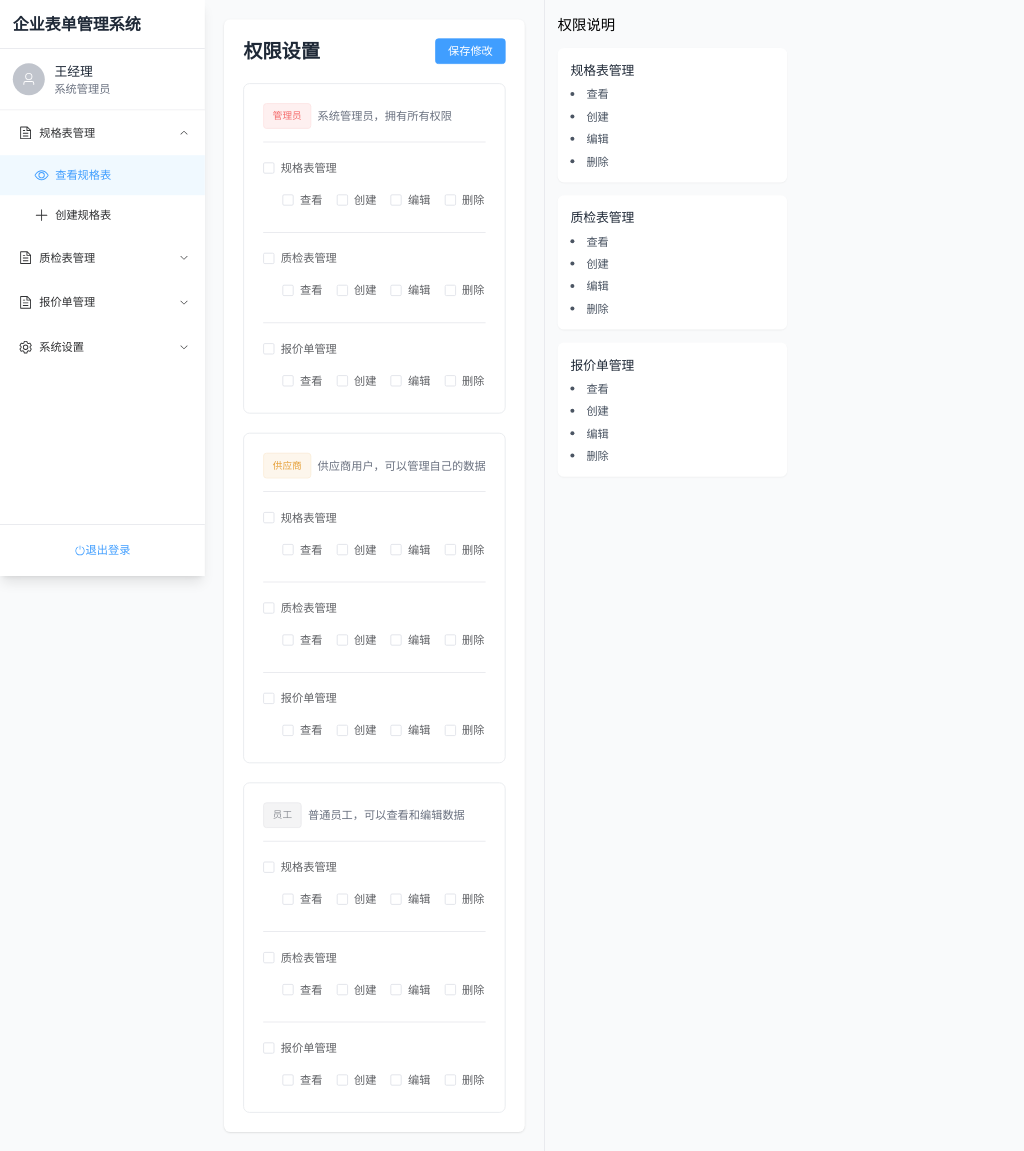
Repository: restyhap/yarn-vite-web-01-02
Page: /settings/permissions
An editor plug-in stored every save of this project. The page is shown before and after the next save, followed by the edit.
The browser window is 1280 px wide. The pictures show the whole page, at 80% of full size.
The project was rebuilt for these pictures with package versions that can differ from the ones it lists, and the page was loaded fresh each time. Also part of the build but not shown: vite.config.js, src/views/login/Login.vue.

Above is the page before, as saved 2025-02-24 19:14:46.

### index.html
<!doctype html>
<html lang="en">
  <head>
    <meta charset="UTF-8" />
    <link rel="icon" type="image/svg+xml" href="/vite.svg" />
    <meta name="viewport" content="width=device-width, initial-scale=1.0" />
    <title>Vite + Vue</title>
    <style>
      html,body,#app{
        height: 100%;
        width: 100%;
        margin: 0;
        padding: 0;
      }
    </style>
  </head>
  <body>
    <div id="app"></div>
    <script type="module" src="/src/main.js"></script>
  </body>
</html>

### src/main.js
import { createApp } from 'vue'

import App from './App.vue'

// 引入tailwindcss样式
import '@/tailwind.css'
// 引入element-plus样式
import 'element-plus/dist/index.css'
// 引入element-plus
import ElementPlus from 'element-plus'
// 引入element-plus图标
import * as ElementPlusIconsVue from '@element-plus/icons-vue'
import router from './router'
// 添加 pinia 依赖
import { createPinia } from 'pinia'
// 实例化 pinia 插件
let pinia = createPinia()


import axios from 'axios'
import VueAxios from 'vue-axios'

const app = createApp(App); // 创建vue实例
app.use(ElementPlus) ; // 注册element-plus
// 注册element-plus图标
for (const [key, component] of Object.entries(ElementPlusIconsVue)) {
  app.component(key, component)
}
// 注册路由
app.use(router)
// 注册仓库
app.use(pinia)

// 挂载实例
app.mount('#app')

### src/App.vue
<script setup></script>
<template>
  <router-view/>
</template>
<style scoped></style>

### src/router/index.js
/*
 * @Author: resty restyhap@hotmail.com
 * @Date: 2024-10-31 17:23:18
 * @LastEditors: resty restyhap@hotmail.com
 * @LastEditTime: 2025-01-15 15:15:08
 * @FilePath: /yarn-vite-web-01-02/src/router/index.js
 * @Description: 这是默认设置,请设置`customMade`, 打开koroFileHeader查看配置 进行设置: https://github.com/OBKoro1/koro1FileHeader/wiki/%E9%85%8D%E7%BD%AE
 */
import {createWebHistory, createRouter} from "vue-router";
import Index from '../views/index/Index.vue'
import Login from '@/views/login/Login.vue'
const routes = [
  {
    // 主页的重定向
    path:"/",
    name:"login",
    component: Login,
  },
  {
    path: "/index",
    name: "index",
    component: Index,
    children:[
      { path:"", redirect: "/prod/list" },
      { path: "/prod/list", name: "productList", component: () => import("@/views/index/prod/List.vue"), },
      { path: "/prod/create" , name : "productCreate" , component:()=> import("@/views/index/prod/Create.vue") } ,
      { path: "/prod/info/:id", name: "productInfo", component: () => import("@/views/index/prod/Info.vue") },
      { path: "/quote/list", name: "quoteList", component: () => import("@/views/index/quote/List.vue"), },
      { path: "/quote/create" , name : "quoteCreat" , component:()=> import("@/views/index/quote/Create.vue") },
      { path: "/spec/list", name: "specList", component: () => import("@/views/index/spec/List.vue"), },
      { path: "/spec/create" , name : "specCreate" , component:()=> import("@/views/index/spec/Create.vue") },
      { path: "/settings/users" , name : "users" , component:()=> import("@/views/index/settings/Users.vue") },
      { path: "/settings/permissions" , name : "permissions" , component:()=> import("@/views/index/settings/Permissions.vue") }
    ]
  },


]

const router = createRouter({
  //参考:https://router.vuejs.org/zh/api/#history
  //import.meta.env.BASE_URL 就是base 也就是指定的根路径.
  mode: "history",
  history: createWebHistory(import.meta.env.BASE_URL),
  routes
});

export default router;

### src/views/index/Index.vue
<!-- 代码已包含 CSS：使用 TailwindCSS , 安装 TailwindCSS 后方可看到布局样式效果 -->
<template>
  <div class="min-h-screen bg-gray-50 flex">
    <!-- 侧边导航栏 -->
    <SideNav />
    <router-view/>
  </div>
</template>

<script lang="ts" setup>
import SideNav from '@/components/SideNav.vue';
</script>

<style scoped>
.el-button {
  margin-left: 4px;
  margin-right: 4px;
}
</style>

### src/views/index/settings/Permissions.vue
<template>
  <div class="flex h-full">
    <!-- 左侧权限设置部分 -->
    <div class="flex-1 p-6 overflow-y-auto">
      <div class="bg-white rounded-lg shadow p-6">
        <div class="flex justify-between items-center mb-6">
          <h2 class="text-2xl font-bold text-gray-800">权限设置</h2>
          <el-button type="primary" @click="handleSave">保存修改</el-button>
        </div>

        <div class="grid grid-cols-1 gap-6">
          <!-- 角色列表 -->
          <div v-for="role in roles" :key="role.id" class="border rounded-lg p-6">
            <div class="flex items-center justify-between mb-4">
              <div class="flex items-center gap-2">
                <el-tag :type="getRoleType(role.name)" size="large">{{ role.name }}</el-tag>
                <span class="text-gray-500 text-sm">{{ role.description }}</span>
              </div>
            </div>

            <!-- 权限模块 -->
            <div class="space-y-6">
              <div v-for="module in permissionModules" :key="module.id" class="border-t pt-4">
                <div class="flex items-center mb-2">
                  <el-checkbox
                    v-model="role.permissions[module.id]"
                    :indeterminate="isIndeterminate(role.id, module.id)"
                    @change="handleModuleChange($event, role.id, module.id)"
                  >
                    <span class="font-medium">{{ module.name }}</span>
                  </el-checkbox>
                </div>

                <div class="ml-6 grid grid-cols-4 gap-4">
                  <div v-for="permission in module.permissions" :key="permission.id">
                    <el-checkbox
                      v-model="role.permissions[`${module.id}_${permission.id}`]"
                      @change="handlePermissionChange(role.id, module.id)"
                    >
                      {{ permission.name }}
                    </el-checkbox>
                  </div>
                </div>
              </div>
            </div>
          </div>
        </div>
      </div>
    </div>

    <!-- 右侧容器 -->
    <div class="w-80 border-l bg-gray-50 p-4 overflow-y-auto">
      <h3 class="text-lg font-medium mb-4">权限说明</h3>
      <div class="space-y-4">
        <div v-for="module in permissionModules" :key="module.id" class="bg-white p-4 rounded-lg shadow-sm">
          <h4 class="font-medium mb-2 text-gray-800">{{ module.name }}</h4>
          <ul class="list-disc list-inside text-sm text-gray-600 space-y-2">
            <li v-for="permission in module.permissions" :key="permission.id">
              {{ permission.name }}
            </li>
          </ul>
        </div>
      </div>
    </div>
  </div>
</template>

<script lang="ts" setup>
import { ref } from 'vue'
import { ElMessage } from 'element-plus'

interface Permission {
  id: string;
  name: string;
}

interface Module {
  id: string;
  name: string;
  permissions: Permission[];
}

interface Role {
  id: string;
  name: string;
  description: string;
  permissions: Record<string, boolean>;
}

// 角色列表
const roles = ref<Role[]>([
  {
    id: '1',
    name: '管理员',
    description: '系统管理员，拥有所有权限',
    permissions: {}
  },
  {
    id: '2',
    name: '供应商',
    description: '供应商用户，可以管理自己的数据',
    permissions: {}
  },
  {
    id: '3',
    name: '员工',
    description: '普通员工，可以查看和编辑数据',
    permissions: {}
  }
]);

// 权限模块
const permissionModules = ref<Module[]>([
  {
    id: 'prod',
    name: '规格表管理',
    permissions: [
      { id: 'view', name: '查看' },
      { id: 'create', name: '创建' },
      { id: 'edit', name: '编辑' },
      { id: 'delete', name: '删除' }
    ]
  },
  {
    id: 'spec',
    name: '质检表管理',
    permissions: [
      { id: 'view', name: '查看' },
      { id: 'create', name: '创建' },
      { id: 'edit', name: '编辑' },
      { id: 'delete', name: '删除' }
    ]
  },
  {
    id: 'quote',
    name: '报价单管理',
    permissions: [
      { id: 'view', name: '查看' },
      { id: 'create', name: '创建' },
      { id: 'edit', name: '编辑' },
      { id: 'delete', name: '删除' }
    ]
  }
]);

// 获取角色标签类型
const getRoleType = (roleName: string) => {
  switch (roleName) {
    case '管理员':
      return 'danger';
    case '供应商':
      return 'warning';
    default:
      return 'info';
  }
};

// 检查模块权限是否部分选中
const isIndeterminate = (roleId: string, moduleId: string) => {
  const role = roles.value.find(r => r.id === roleId);
  if (!role) return false;

  const module = permissionModules.value.find(m => m.id === moduleId);
  if (!module) return false;

  const permissions = module.permissions;
  const selectedCount = permissions.filter(p => role.permissions[`${moduleId}_${p.id}`]).length;

  return selectedCount > 0 && selectedCount < permissions.length;
};

// 处理模块权限变更
const handleModuleChange = (checked: boolean, roleId: string, moduleId: string) => {
  const role = roles.value.find(r => r.id === roleId);
  if (!role) return;

  const module = permissionModules.value.find(m => m.id === moduleId);
  if (!module) return;

  module.permissions.forEach(permission => {
    role.permissions[`${moduleId}_${permission.id}`] = checked;
  });
};

// 处理单个权限变更
const handlePermissionChange = (roleId: string, moduleId: string) => {
  const role = roles.value.find(r => r.id === roleId);
  if (!role) return;

  const module = permissionModules.value.find(m => m.id === moduleId);
  if (!module) return;

  const allChecked = module.permissions.every(p => role.permissions[`${moduleId}_${p.id}`]);
  role.permissions[moduleId] = allChecked;
};

// 保存修改
const handleSave = () => {
  ElMessage.success('保存成功');
};
</script>

### src/components/SideNav.vue
<template>
  <div class="w-64 bg-white h-screen shadow-lg flex flex-col">
    <!-- 顶部系统信息 -->
    <div class="p-4 border-b">
      <h1 class="text-xl font-bold text-gray-800">企业表单管理系统</h1>
    </div>

    <!-- 用户信息区 -->
    <div class="p-4 border-b flex items-center gap-3">
      <el-avatar :size="40" :icon="User"/>
      <div class="flex flex-col">
        <span class="font-medium text-gray-800">{{ userName }}</span>
        <span class="text-sm text-gray-500">{{ userRole }}</span>
      </div>
    </div>

    <!-- 导航菜单 -->
    <el-menu
        class="border-0 flex-1"
        :default-active="activeMenu"
        @select="handleSelect"
        :router="true"
        unique-opened="true"
    >
      <el-sub-menu v-for="menu in menuItems" :key="menu.index" :index="menu.index">
        <template #title>
          <el-icon>
            <component :is="menu.icon"/>
          </el-icon>
          <span>{{ menu.title }}</span>
        </template>
        <el-menu-item v-for="subMenu in menu.children" :key="subMenu.index" :index="subMenu.index">
          <el-icon>
            <component :is="subMenu.icon"/>
          </el-icon>
          <span>{{ subMenu.title }}</span>
        </el-menu-item>
      </el-sub-menu>
    </el-menu>

    <!-- 底部操作区 -->
    <div class="p-4 border-t">
      <el-button type="text" class="w-full flex items-center justify-center gap-2" @click="handleLogout">
        <el-icon>
          <SwitchButton/>
        </el-icon>
        退出登录
      </el-button>
    </div>
  </div>
</template>

<script lang="ts" setup>
import {ref} from 'vue';
import {useRouter} from 'vue-router';
import {Document, Setting, User, Lock, View, Plus, SwitchButton} from '@element-plus/icons-vue';
import {ElMessageBox} from 'element-plus';

const router = useRouter();
const activeMenu = ref('/prod/list');

// 用户信息
const userName = ref('王经理');
const userRole = ref('系统管理员');

// 菜单配置数据
const menuItems = [

  {
    index: '/prod',
    title: '规格表管理',
    icon: Document,
    children: [
      {
        index: '/prod/list',
        title: '查看规格表',
        icon: View
      },
      {
        index: '/prod/create',
        title: '创建规格表',
        icon: Plus
      }
    ]
  },
  {
    index: '/spec',
    title: '质检表管理',
    icon: Document,
    children: [
      {
        index: '/spec/list',
        title: '查看质检表',
        icon: View
      },
      {
        index: '/spec/create',
        title: '创建质检表',
        icon: Plus
      }
    ]
  },
  {
    index: '/quote',
    title: '报价单管理',
    icon: Document,
    children: [
      {
        index: '/quote/list',
        title: '查看报价单',
        icon: View
      },
      {
        index: '/quote/create',
        title: '创建报价单',
        icon: Plus
      }
    ]
  },



  {
    index: '/settings',
    title: '系统设置',
    icon: Setting,
    children: [
      {
        index: '/settings/users',
        title: '用户管理',
        icon: User
      },
      {
        index: '/settings/permissions',
        title: '权限设置',
        icon: Lock
      }
    ]
  }
];

const handleSelect = (index: string) => {
  console.log('导航到:', index);
};

const handleLogout = () => {
  ElMessageBox.confirm(
      '确定要退出登录吗？',
      '提示',
      {
        confirmButtonText: '确定',
        cancelButtonText: '取消',
        type: 'warning',
      }
  ).then(() => {
    router.push('/login');
  }).catch(() => {
  });
};
</script>

<style scoped>
.el-menu {
  border-right: none;
}

.el-menu-item.is-active {
  background-color: #f0f9ff;
}
</style>

Loaded but not shown: src/tailwind.css (common file); tailwind.config.js (common file)

After the next save:
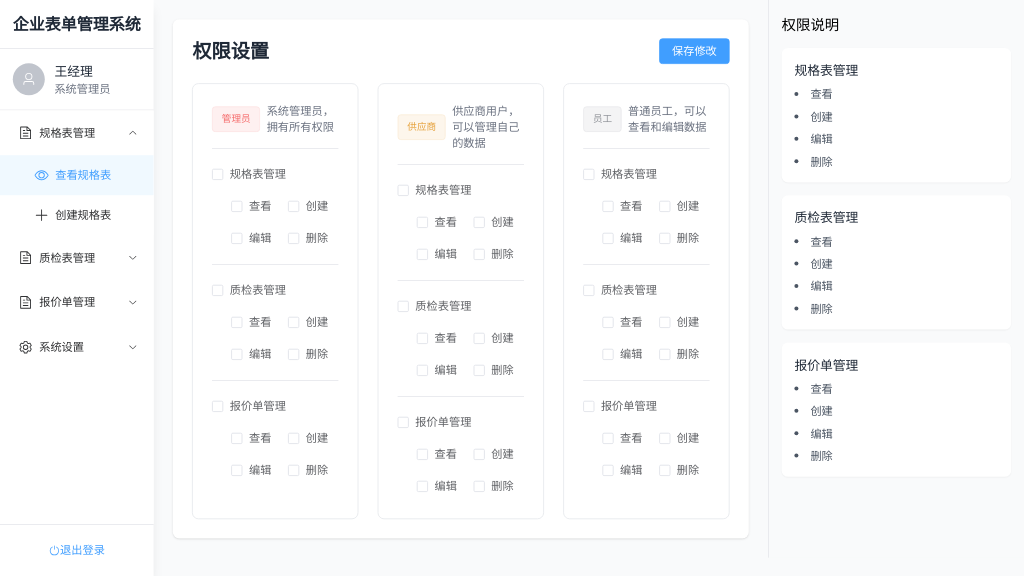
Saved 58 s later.
--- a/src/views/index/settings/Permissions.vue
+++ b/src/views/index/settings/Permissions.vue
@@ -8,8 +8,8 @@
           <el-button type="primary" @click="handleSave">保存修改</el-button>
         </div>
 
-        <div class="grid grid-cols-1 gap-6">
-          <!-- 角色列表 -->
+        <!-- 改为横向排列的角色列表 -->
+        <div class="grid grid-cols-3 gap-6">  <!-- 修改为 grid-cols-3 -->
           <div v-for="role in roles" :key="role.id" class="border rounded-lg p-6">
             <div class="flex items-center justify-between mb-4">
               <div class="flex items-center gap-2">
@@ -19,7 +19,7 @@
             </div>
 
             <!-- 权限模块 -->
-            <div class="space-y-6">
+            <div class="space-y-4">  <!-- 调整间距 -->
               <div v-for="module in permissionModules" :key="module.id" class="border-t pt-4">
                 <div class="flex items-center mb-2">
                   <el-checkbox
@@ -31,7 +31,7 @@
                   </el-checkbox>
                 </div>
 
-                <div class="ml-6 grid grid-cols-4 gap-4">
+                <div class="ml-6 grid grid-cols-2 gap-2">  <!-- 修改为 grid-cols-2 -->
                   <div v-for="permission in module.permissions" :key="permission.id">
                     <el-checkbox
                       v-model="role.permissions[`${module.id}_${permission.id}`]"
